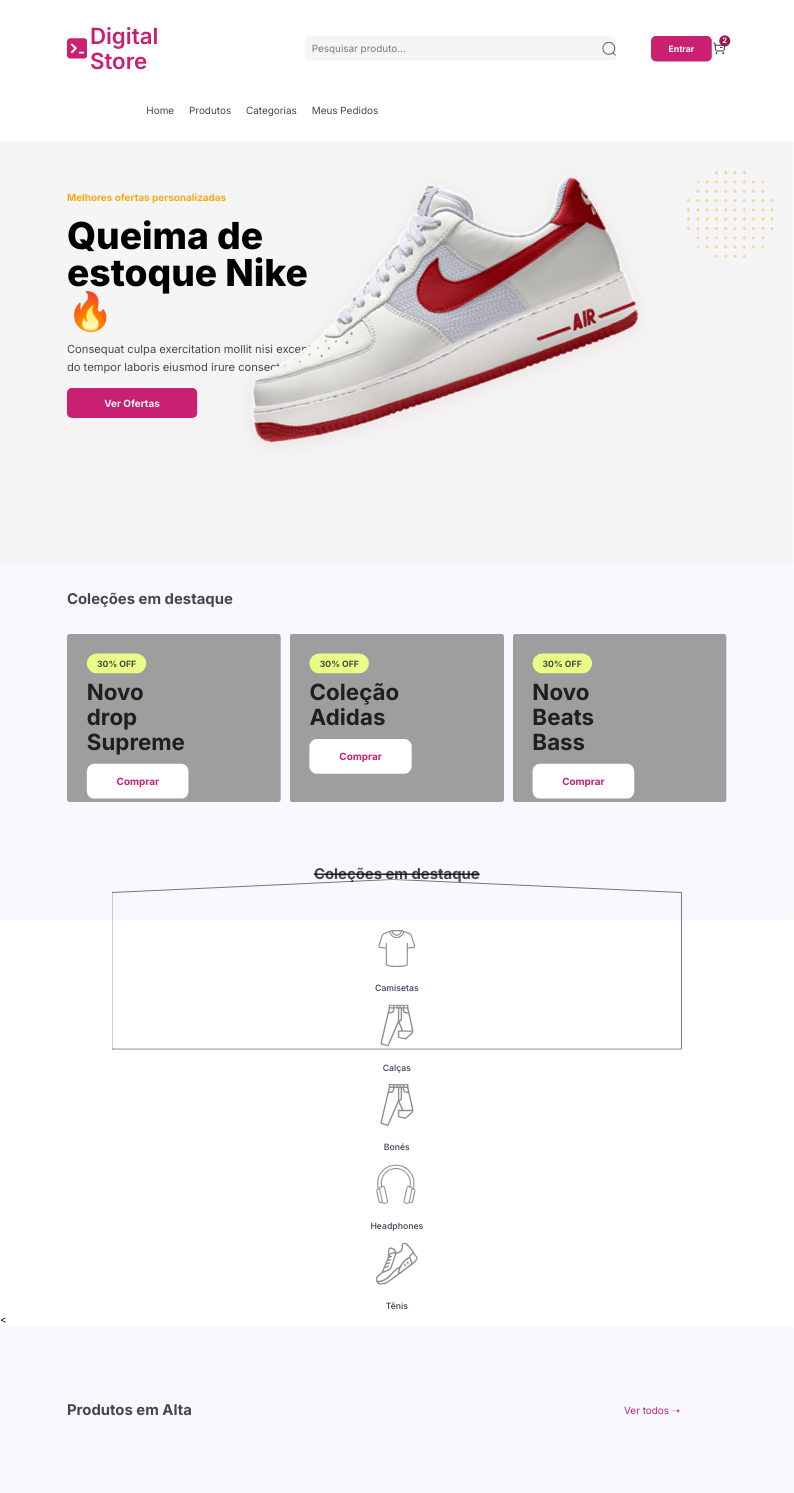
Repository: gimoli/loja-digital
Page: index.html
The author's editor kept a copy of each file at every save. The page is drawn from the files as they stood at one save, then again after the next save.
The browser window is 1280 px wide. The pictures show the whole page, at 62% of full size.
Pictures or frames that could not be fetched are drawn as grey boxes.

Above is the page before, as saved 2025-04-25 15:03:56.

After the next save:
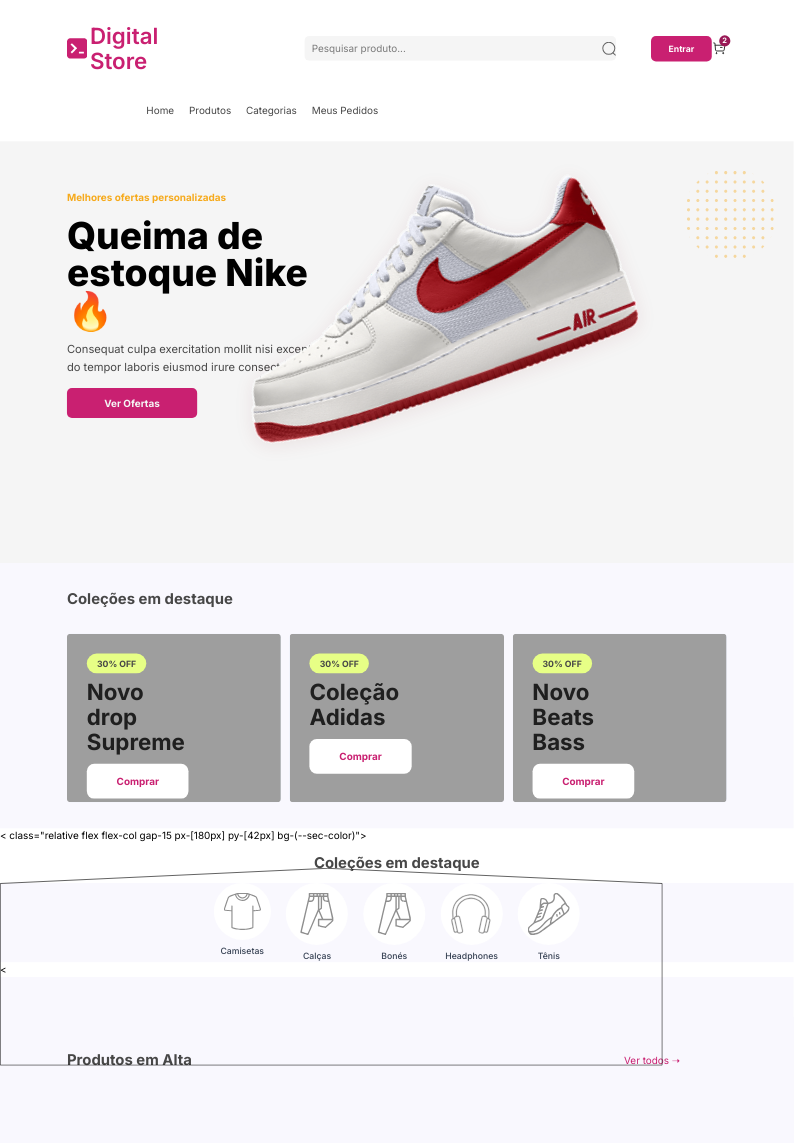
Saved 4 s later.
--- a/index.html
+++ b/index.html
@@ -125,7 +125,7 @@
 
     </section>
 
-    <s class="relative flex flex-col gap-15 px-[180px] py-[42px] bg-(--sec-color)">
+    < class="relative flex flex-col gap-15 px-[180px] py-[42px] bg-(--sec-color)">
 
         <div class="flex flex-col gap-10 relative">
             <img src="/assets/borda.svg" alt="foto da borda" class="absolute left-0 top-10 " />
@@ -133,7 +133,7 @@
                 Coleções em destaque
             </h4>
         </div>
-    </s
+
 
 
         <div class="flex justify-evenly px-80  bg-(--sec-color)">
